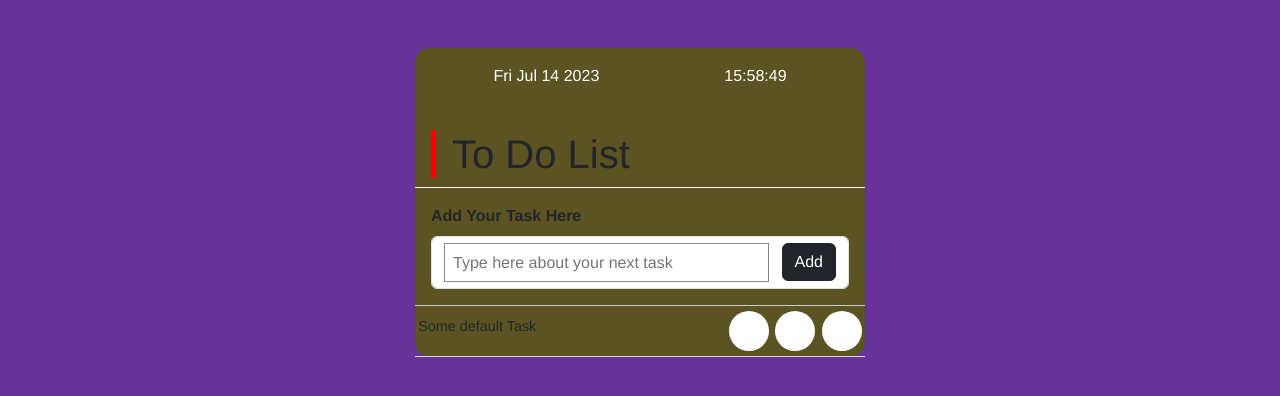
Repository: Passionblaz/TODO
Page: TODO/Untitled-1.html
These files come from the project's save history. The page is drawn as it stood at one moment and after the next save; the edit follows.
The browser window is 1280 px wide. The pictures show the whole page.

Above is the page before, as saved 2023-07-14 16:13:08.

### TODO/Untitled-1.html
<!DOCTYPE html>
<html lang="en">
<head>
  <meta charset="UTF-8">
  <meta name="viewport" content="width=device-width, initial-scale=1.0">
  <title>Document</title>
  <link href="https://cdn.jsdelivr.net/npm/bootstrap@5.3.0/dist/css/bootstrap.min.css" rel="stylesheet" integrity="sha384-9ndCyUaIbzAi2FUVXJi0CjmCapSmO7SnpJef0486qhLnuZ2cdeRhO02iuK6FUUVM" crossorigin="anonymous">
  <!-- Bootstrap Bundle JS (jsDelivr CDN) -->
  <script defer src="https://cdn.jsdelivr.net/npm/bootstrap@5.3.0/dist/js/bootstrap.bundle.min.js" integrity="sha384-geWF76RCwLtnZ8qwWowPQNguL3RmwHVBC9FhGdlKrxdiJJigb/j/68SIy3Te4Bkz" crossorigin="anonymous"></script>
  <link rel="stylesheet" href="todostyles.css">
  <script src="main.js" defer></script>
</head>
<body onload="time()">
<div class="todo-container">
  <div class="date-hour">
    <p id="date">Date</p>
    <p id="hour">Hour</p>
  </div>

<header>
  <h1>To Do List</h1>
</header>
<!-- Add Tasks -->

<form action="" id="todo-form">
  <p>Add Your Task Here</p>
<div class="form-control">
<input type="text" id="todo-input" placeholder="Type here about your next task">
<div class="button">
  <button type="submit" class="btn btn-dark">Add</button>
 </div>
</div>
</form>
    <!--Complete-->

    <!-- Edit The Tasks

<form action="" id="edit-form" class="hide">
  <p>Edit Your Task</p>
<div class="form-control">
<input type="text" id="edit-input" placeholder="Type here about your next task">
<div class="button2">
  <button type="button" class="btn btn-dark">Add</button>
 </div>
</div>
<button type="button" id="cancel-edit-btn">All</button>
<button type="button" id="active-task-btn">Active</button>
<button type="button" id="completed-task-btn">Completed</button>
</form>
    -->
    <!-- I need it?-->

    <!-- Task List-->

<div class="todo-list" id="todo-list">
  <div class="todo">
    <h3>Some default Task</h3>
    <button class="finished-todo">
      <i class="fa-solid fa-check"></i>
    </button>
    <button class="edit-todo">
      <i class="fa-solid fa-pen"></i>
    </button>
    <button class="remove-todo">
      <i class="fa-solid fa-xmark"></i>
    </button>
  </div>
</div>
</div>



</body>
</html>

### TODO/todostyles.css
*{
  padding: 0;
  margin: 0;
  box-sizing: border-box;
}
body{
  font-family: 'Franklin Gothic Medium', 'Arial Narrow', Arial, sans-serif;
  background: rebeccapurple;

}
.form-control {
  display: flex;
}
.form-control input {
  flex: 1;
  outline: 0;
box-shadow: none;
border: 1px solid #858585;
}
.form-control button:hover {
  background-color: green;
}
.date-hour {
  display: flex;
  justify-content: space-around;
  align-items:center;
  padding: 1rem 1rem 1.5rem 1rem;
  font-size: 16px;
  color: white;
}
button {
  background-color: darkorange;
  color: blue;
  border: 2px solid red;
  padding: 0.2rem 0.4rem;
  font-size: .8rem;
  cursor: pointer;
  justify-content: center;
  align-items: center;
  transition: .4s;
  border: 1px solid orange;
}
button:hover {
  background-color: orangered;
  color: white;
}
button > i {
  font-weight: bold;
  pointer-events: none;
}
input {
  padding: .4rem .5rem;
}
.hide {
  display: none;
}
.todo-container {
  background-color: #5c5323;
  border-radius: 15px;
  width: 450px;
  margin: 3rem auto;
  padding: 1.5.rem;
}
.todo-container header {
  padding: 0.1rem 1rem;
border-bottom: 1px solid whitesmoke;
}
header >h1 {
  padding-left: 16px;
  border-left: 5px solid red;
}

#todo-form, #edit-form {
  padding: 1rem;
  border-bottom: 1px solid #ccc;
}
#todo-form > p, #edit-form > p {
  margin-bottom: .5rem;
  font-weight: bold;
}
.form-control >input {
  margin-right: .8rem;
}
#cancel-edit-btn {
  margin-top: 1rem;
}
#active-edit-btn {
  margin-top: 1rem;
}
#completed-edit-btn {
  margin-top: 1rem;
}
.todo {
  display: flex;
  justify-content: space-around;
  align-items: center;
  padding: 0.3rem 0.2rem;
  border-bottom: 1px solid #ddd;
transition: .3s;
}
.todo h3 {
  flex: 1;
  font-size: 0.9rem;
}
.todo button {
  margin-left: 0.4rem;
  border-radius: 50%;
  width: 40px;
  height: 40px;
  border: none;
  background-color: white;
}
.done h3 {
  color: white;
  text-decoration: line-through;
  font-style: italic;
}
.todo button:hover, .done button {
background-color: #0068cf;
color: #ecf0f1
}
.done > button:hover {
  background-color: #ecf0f1;
  color: #395169;
}
.todo-list{
  max-height: 220px;
  overflow: auto;
}

### TODO/main.js
const data = new Date ()

const todoForm = document.querySelector("#todo-form")
const todoInput = document.querySelector("#todo-input")
const todoList = document.querySelector("#todo-list")
const editForm = document.querySelector("#edit-form")
const editInput = document.querySelector("#edit-input")
const cancelEdition = document.querySelector("#cancel-edit-btn")
  //Time
const timeElapsed = Date.now();
const today = new Date(timeElapsed);
document.getElementById("date").innerHTML = today.toDateString();
//Time Settings
function time() {
  const data = new Date ();
  let h = data.getHours();
  let m = data.getMinutes();
  let s = data.getSeconds();

  if(h < 10)
    h = "0"+h;
  if (m < 10)
    m = "0" + m;
  if(s < 10)
    s = "0"+s;

    document.getElementById("hour").innerHTML = h +":" + m + ":" + s;
    setTimeout('time()', 500);
}
todoForm.addEventListener("submit", (e) => {
  e.preventDefault();
  const inputValue = todoInput.value;
  if(inputValue)
    saveTodo(inputValue); //Save Function
})
const saveTodo = (text) => {
  const todo = document.createElement("div");
  todo.classList.add("todo");

  const todoTitle = document.createElement("h3");
  todoTitle.innerText = text;
  todo.appendChild(todoTitle);

  const doneBtn = document.createElement("button");
  doneBtn.classList.add("finish-todo");
  //doneBtn.innerHTML = 'i class="fa-solid fa-check"></i>';
  todo.appendChild(doneBtn);

  const editBtn = document.createElement("button");
  editBtn.classList.add("edit-todo");
  editBtn.innerHTML = 'i class="fa-solid fa-check"></i>';
  todo.appendChild(doneBtn);

  const removeBtn = document.createElement("button");
  removeBtn.classList.add("remove-todo");
  removeBtn.innerHTML = 'i class="fa-solid fa-check"></i>';
  todo.appendChild(doneBtn);

  todoList.appendChild(todo);
  todoInput.value = "";
  todoInput.focus();
}

After the next save:
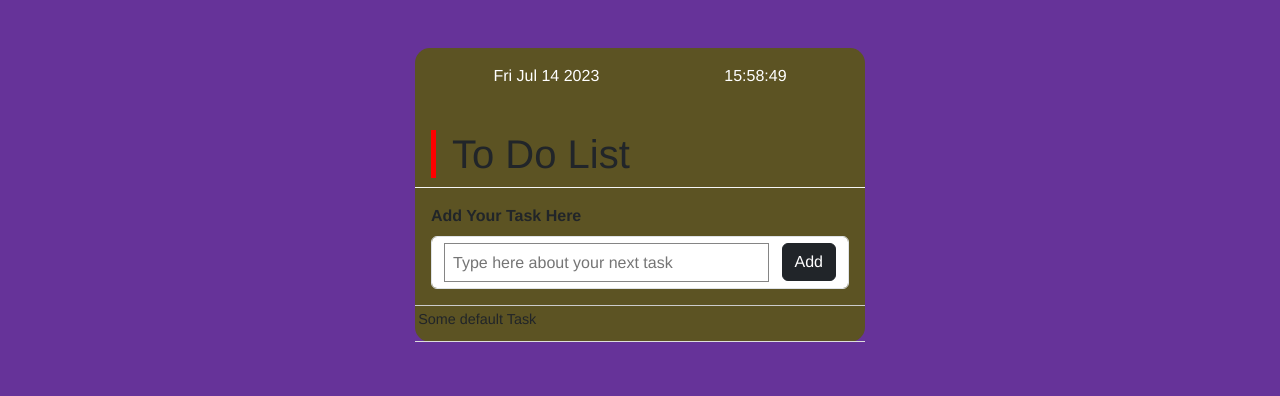
Saved 4 s later.
--- a/TODO/Untitled-1.html
+++ b/TODO/Untitled-1.html
@@ -55,7 +55,7 @@
 <div class="todo-list" id="todo-list">
   <div class="todo">
     <h3>Some default Task</h3>
-    <button class="finished-todo">
+    <!--<button class="finished-todo">
       <i class="fa-solid fa-check"></i>
     </button>
     <button class="edit-todo">
